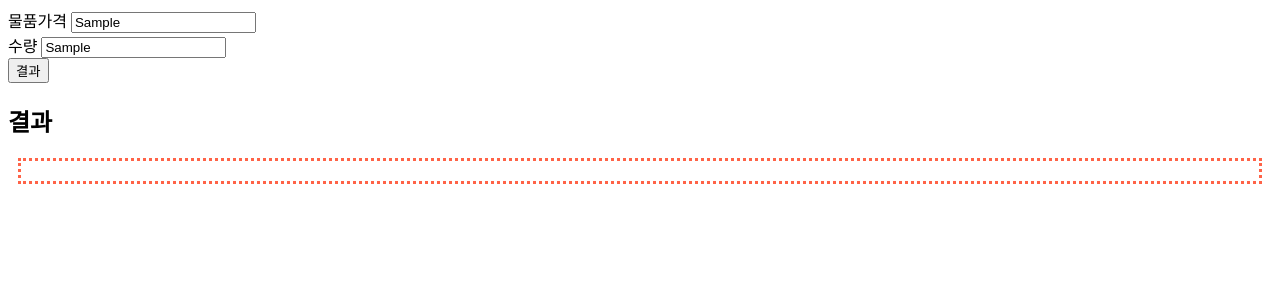
Repository: choidazzi/DDIT
Page: web programming/html/webpro/src/main/webapp/0424/입력테스트4.html
An editor plug-in stored every save of this project. The page is shown before and after the next save, followed by the edit.
The browser window is 1280 px wide. The pictures show the whole page.
Empty fields were first filled with sample values (such as "Sample", 5 or name@example.com).
After loading, the first visible `input[onclick="calc()"]` was clicked once.

Above is the page before, as saved 2023-04-24 02:34:10.
Console error: SyntaxError: Unexpected token '*'

### web programming/html/webpro/src/main/webapp/0424/입력테스트4.html
<!DOCTYPE html>
<html>
<head>
<meta charset="UTF-8">
<title>입력테스트4</title>
<script>
	function calc() {
		/*
		//html 요소에 접근
		vprice = document.getElementById('price');
		vsu = document.getElementById('su');

		//요소에서 입력한 값 가져오기 - value
		priceValue = vprice.value;
		suValue = vsu.value;
		 */

		priceValue = document.getElementById('price').value;
		suValue = document.getElementById('su').value;
		//계산 (덧셈 빼고 곱셈, 나눗셈은 정수 형변환 필요 없음)
		result = priceValue * suValue;

		//출력
		alert(result);
		console.log(result);

		//div 요소를 검색하여 출력
		/*
		vdiv = document.querySeletor("div"); /* 첫번째 div만 */
		vdiv.innerHTML = result;
		 */
		document.querySelector("div").innerHTML = result;
	}
</script>

<style>
div {
	border: 3px dotted tomato;
	margin: 10px;
	padding: 10px;
}
</style>
</head>
<body>
	<form action="입력처리4.jsp" method="post">
		물품가격 <input type="text" name="price" id="price"> <br> 수량
		<input type="text" name="su" id="su"> <br>
		<input
			type="button" value="결과" onclick="calc()">
	</form>

	<h2>결과</h2>
	<div></div>
</body>
</html>

After the next save:
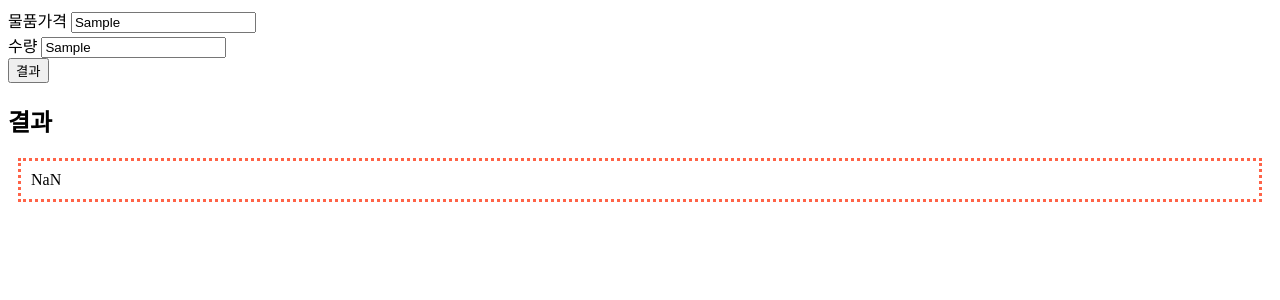
The error is gone.
Saved 14 s later.
--- a/web programming/html/webpro/src/main/webapp/0424/입력테스트4.html
+++ b/web programming/html/webpro/src/main/webapp/0424/입력테스트4.html
@@ -26,7 +26,7 @@
 
 		//div 요소를 검색하여 출력
 		/*
-		vdiv = document.querySeletor("div"); /* 첫번째 div만 */
+		vdiv = document.querySeletor("div"); // 첫번째 div만
 		vdiv.innerHTML = result;
 		 */
 		document.querySelector("div").innerHTML = result;
